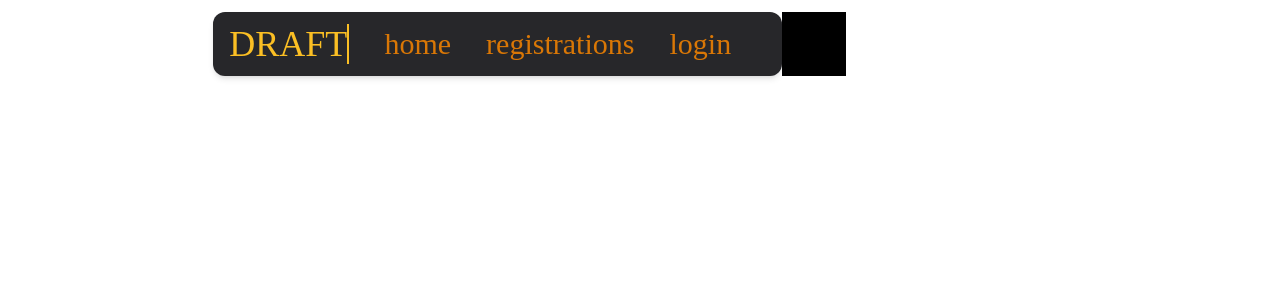
Repository: MehediMim/LeagueCrafter--Online-Auction-Platform-Project
Page: / (app in my-app/)
The author's editor kept a copy of each file at every save. The page is drawn from the files as they stood at one save, then again after the next save.
The browser window is 1280 px wide. The pictures show the whole page.
Some web fonts or font styles are not loaded; a fallback is used. The project was rebuilt for these pictures with package versions that can differ from the ones it lists, and the page was loaded fresh each time. Also part of the build but not shown: my-app/vite.config.js, my-app/src/pages/Dashboard.jsx, my-app/src/pages/Login.jsx.

Above is the page before, as saved 2025-05-25 01:34:02.

After the next save:
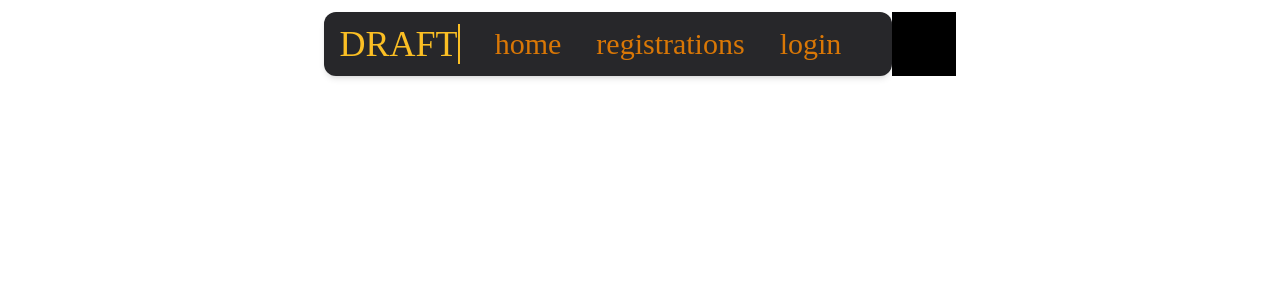
Saved 7 s later.
--- a/my-app/src/components/Navbar.jsx
+++ b/my-app/src/components/Navbar.jsx
@@ -7,7 +7,7 @@ export default function Navbar(params) {
 
   return (
     <div className="h-16 w-screen absolute top-3 z-50 flex justify-center">
-      <div className="w-2/3 flex">
+      <div className="w-2/3 flex justify-center">
         <div className="bg-zinc-800 shadow-md p-4 rounded-xl w-2/3 flex items-center">
           {/* <div className="w-auto h-auto rounded-xl m-4 flex p-4"> */}
           <div className="w-1/4 border-r-2 border-amber-400 flex justify-center">
